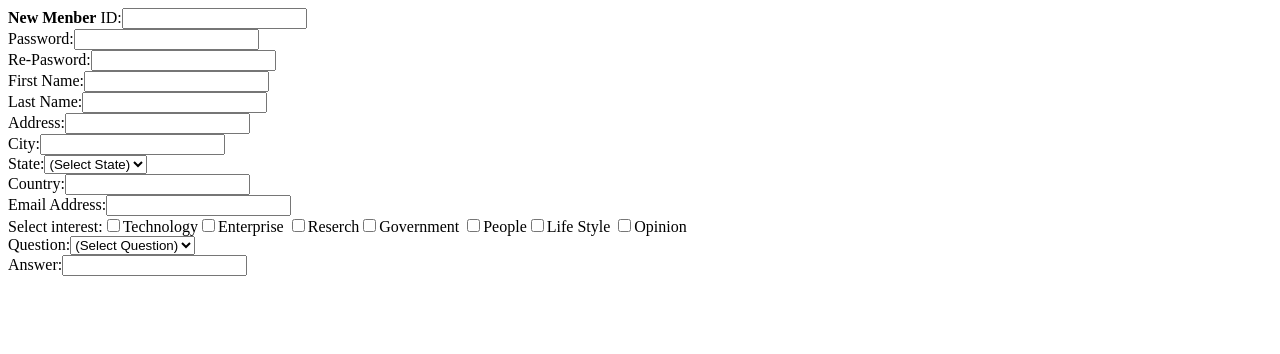
Repository: sheep9590/Test
Page: eclipse-workspace/Prj03/WebRoot/Register.html
The author's editor kept a copy of each file at every save. The page is drawn from the files as they stood at one save, then again after the next save.
The browser window is 1280 px wide. The pictures show the whole page.

Above is the page before, as saved 2021-09-08 16:29:33.

### eclipse-workspace/Prj03/WebRoot/Register.html
<!DOCTYPE html>
<html>
<body>
<form >
       <strong>New Menber</strong>
     ID:<input type="text"><br>
     Password:<input type="password"><br>
     Re-Pasword:<input type="password"><br>
     First Name:<input type="text"><br>
     Last Name:<input type="text"><br>
     Address:<input type="text"><br>
     City:<input type="text"><br>
     State:<select>
     <option>(Select State)</option>
     </select><br>
     Country:<input type="text"><br>
     Email Address:<input type="text"><br>
     Select interest:<input type="checkbox">Technology<input type="checkbox">Enterprise
                     <input type="checkbox">Reserch<input type="checkbox">Government
                     <input type="checkbox">People<input type="checkbox">Life Style
                     <input type="checkbox">Opinion<br>
     Question:<select>
     <option>(Select Question)</option>
     </select><br>
     Answer:<input type="text"><br>
     </form>
</body>
</html>

After the next save:
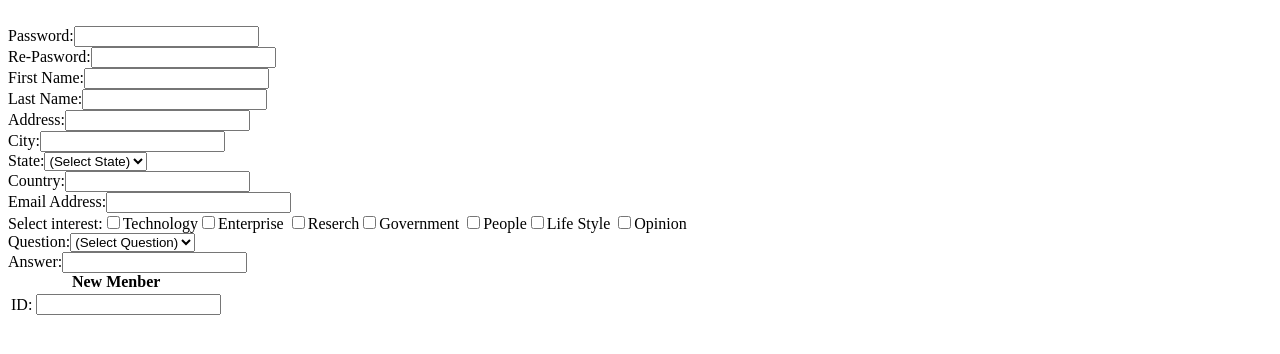
Saved 3 min 51 s later.
--- a/eclipse-workspace/Prj03/WebRoot/Register.html
+++ b/eclipse-workspace/Prj03/WebRoot/Register.html
@@ -2,8 +2,12 @@
 <html>
 <body>
 <form >
+<table>
+<caption>
        <strong>New Menber</strong>
-     ID:<input type="text"><br>
+       </caption>
+     <tr>
+     <td>ID:</td><td><input type="text"></td><br>
      Password:<input type="password"><br>
      Re-Pasword:<input type="password"><br>
      First Name:<input type="text"><br>
@@ -22,7 +26,9 @@
      Question:<select>
      <option>(Select Question)</option>
      </select><br>
-     Answer:<input type="text"><br>
+     Answer:<input type="text">
+     </tr><br>
+     </table>
      </form>
 </body>
 </html>
